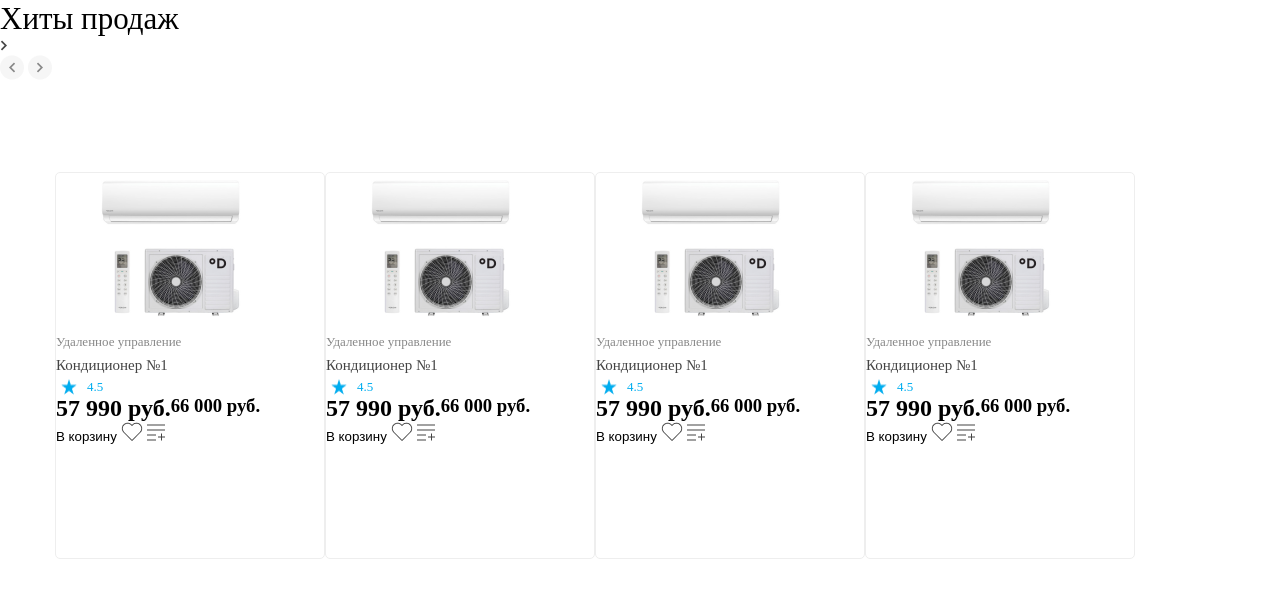
Repository: NikaMana/us
Page: index.html
An editor plug-in stored every save of this project. The page is shown before and after the next save, followed by the edit.
The browser window is 1280 px wide. The pictures show the whole page.

Above is the page before, as saved 2021-09-15 15:34:22.

### index.html
<!DOCTYPE html>
<html lang="ru">
<head>
    <meta charset="utf-8">
    <title>Main page</title>
    <meta name="viewport" content="widht=1100, initial-scale=1.0">
    <link rel="stylesheet" href="./styles.css">


</head>
<body>
<div class="welcome">
  <div class="welcome__container">
    <div class="welcome__up">
      <div class="welcome__left">
        <h1 class="welcome__hits">Хиты продаж</h1>
        <img class="welcome__arr" src="/img/arrbl.png" alt="blackarrow">
      </div>
      <div class="welcome__right">
        <img class="welcome__arr-left" src="/img/arrleft.png" alt="arrowleft">
        <img class="welcome__arr-right" src="/img/arrright.png" alt="arrowright">
      </div>
    </div>
      <div class="welcome__block-container">
        <div class="welcome__block">
          <img class="welcome__pic" src="/img/pic1.png" alt="condition">
          <h4 class="welcome__control">Удаленное управление</h4>
          <h3 class="welcome__condition">Кондиционер №1</h3>
          <div class="welcome__rating">
            <img class="welcome__star" src="/img/Star.png" alt="star">
            <span class="welcome__score">4.5</span>
          </div>
          <div class="welcome__price">
            <h2 class="welcome__price-current">57 990 руб.</h2>
            <h3 class="welcome__price-current">66 000 руб.</h3>
          </div>
          <div class="welcome__adding">
            <button class="welcome__button">В корзину</button>
            <img class="welcome__like" src="/img/like.png" alt="like">
            <img class="welcome__plus" src="/img/add.png" alt="add">
          </div>
        </div>
        <div class="welcome__block">
          <img class="welcome__pic" src="/img/pic1.png" alt="condition">
          <h4 class="welcome__control">Удаленное управление</h4>
          <h3 class="welcome__condition">Кондиционер №1</h3>
          <div class="welcome__rating">
            <img class="welcome__star" src="/img/Star.png" alt="star">
            <span class="welcome__score">4.5</span>
          </div>
          <div class="welcome__price">
            <h2 class="welcome__price-current">57 990 руб.</h2>
            <h3 class="welcome__price-current">66 000 руб.</h3>
          </div>
          <div class="welcome__adding">
            <button class="welcome__button">В корзину</button>
            <img class="welcome__like" src="/img/like.png" alt="like">
            <img class="welcome__plus" src="/img/add.png" alt="add">
          </div>
        </div>
        <div class="welcome__block">
          <img class="welcome__pic" src="/img/pic1.png" alt="condition">
          <h4 class="welcome__control">Удаленное управление</h4>
          <h3 class="welcome__condition">Кондиционер №1</h3>
          <div class="welcome__rating">
            <img class="welcome__star" src="/img/Star.png" alt="star">
            <span class="welcome__score">4.5</span>
          </div>
          <div class="welcome__price">
            <h2 class="welcome__price-current">57 990 руб.</h2>
            <h3 class="welcome__price-current">66 000 руб.</h3>
          </div>
          <div class="welcome__adding">
            <button class="welcome__button">В корзину</button>
            <img class="welcome__like" src="/img/like.png" alt="like">
            <img class="welcome__plus" src="/img/add.png" alt="add">
          </div>
        </div>
        <div class="welcome__block">
          <img class="welcome__pic" src="/img/pic1.png" alt="condition">
          <h4 class="welcome__control">Удаленное управление</h4>
          <h3 class="welcome__condition">Кондиционер №1</h3>
          <div class="welcome__rating">
            <img class="welcome__star" src="/img/Star.png" alt="star">
            <span class="welcome__score">4.5</span>
          </div>
          <div class="welcome__price">
            <h2 class="welcome__price-current">57 990 руб.</h2>
            <h3 class="welcome__price-current">66 000 руб.</h3>
          </div>
          <div class="welcome__adding">
            <button class="welcome__button">В корзину</button>
            <img class="welcome__like" src="/img/like.png" alt="like">
            <img class="welcome__plus" src="/img/add.png" alt="add">
          </div>
        </div>
      </div>
  </div>
</div>
</body>

### styles.css
*{
  margin: 0;
  padding: 0;
  box-sizing: border-box;
}
button{
  border: none;
  background: no-repeat;
}
h1, h2,h3,h4,h5{
  font-family: none;
  font-size: none;
}
.welcome{
  position: absolute;
  width: 100%;
  height: 100%;
  z-index: 0;
}

.welcome__hits{
font-family: Gotham Pro;
font-size: 31px;
font-style: normal;
font-weight: 300;
line-height: 37px;
letter-spacing: 0em;
text-align: left;
}
.welcome__block-container{
  display: flex;
  flex-direction: row;
}
.welcome__block{
height: 387px;
width: 270px;
left: 55px;
top: 88px;
border-radius: 5px;
position: relative;
height: 387px;
left: 55px;
right: 955px;
top: 88px;
background: #FFFFFF;
border: 1px solid #EEEEEE;
box-sizing: border-box;
border-radius: 5px;
}
.welcome__pic{
height: 150px;
left: 20px;
right: 20px;
top: 20px;
}
.welcome__control{
  position: static;
width: 230px;
height: 19px;
left: 0px;
top: 0px;
font-family: Gotham Pro;
font-style: normal;
font-weight: normal;
font-size: 13px;
line-height: 19px;
color: #888888;
flex: none;
order: 0;
align-self: stretch;
flex-grow: 0;
margin: 5px 0px;
}
.welcome__condition{
  position: static;
width: 230px;
height: 18px;
left: 0px;
top: 0px;
font-family: Gotham Pro;
font-style: normal;
font-weight: normal;
font-size: 15px;
line-height: 18px;
color: #444444;
flex: none;
order: 0;
align-self: stretch;
flex-grow: 0;
margin: 5px 0px;
}
.welcome__rating{
  display: flex;
}
.welcome__star{
  position: static;
width: 16px;
height: 16px;
left: 0px;
top: 0px;
flex: none;
order: 0;
flex-grow: 0;
margin: 0px 5px;
}
.welcome__score{
  position: static;
width: 165px;
height: 15px;
left: 21px;
top: 0px;
font-family: Gotham Pro;
font-style: normal;
font-weight: normal;
font-size: 13px;
line-height: 15px;
display: flex;
align-items: center;
color: #00ADEF;
flex: none;
order: 1;
flex-grow: 1;
margin: 0px 5px;
}
.welcome__price{
  display: flex;
}
.welcome__price-current{

}

After the next save:
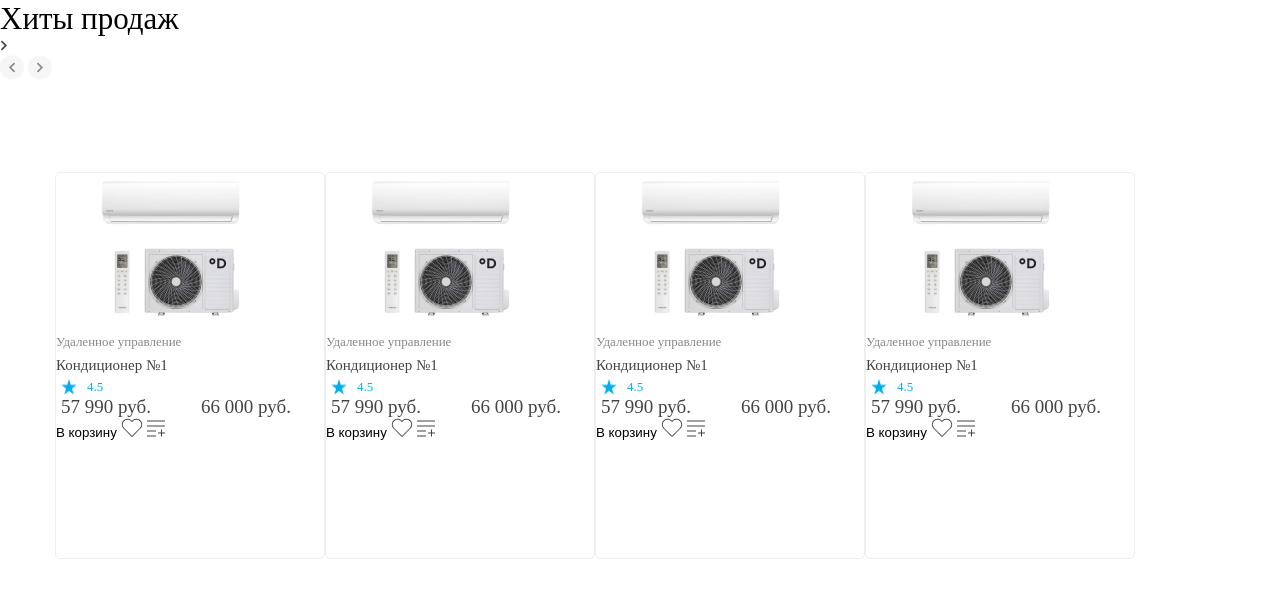
Saved 32 s later.
--- a/styles.css
+++ b/styles.css
@@ -126,5 +126,21 @@ margin: 0px 5px;
   display: flex;
 }
 .welcome__price-current{
-
+  position: static;
+width: 130px;
+height: 23px;
+left: 0px;
+top: 0px;
+font-family: Gotham Pro;
+font-style: normal;
+font-weight: normal;
+font-size: 19px;
+line-height: 23px;
+display: flex;
+align-items: flex-end;
+color: #444444;
+flex: none;
+order: 0;
+flex-grow: 0;
+margin: 0px 5px;
 }
